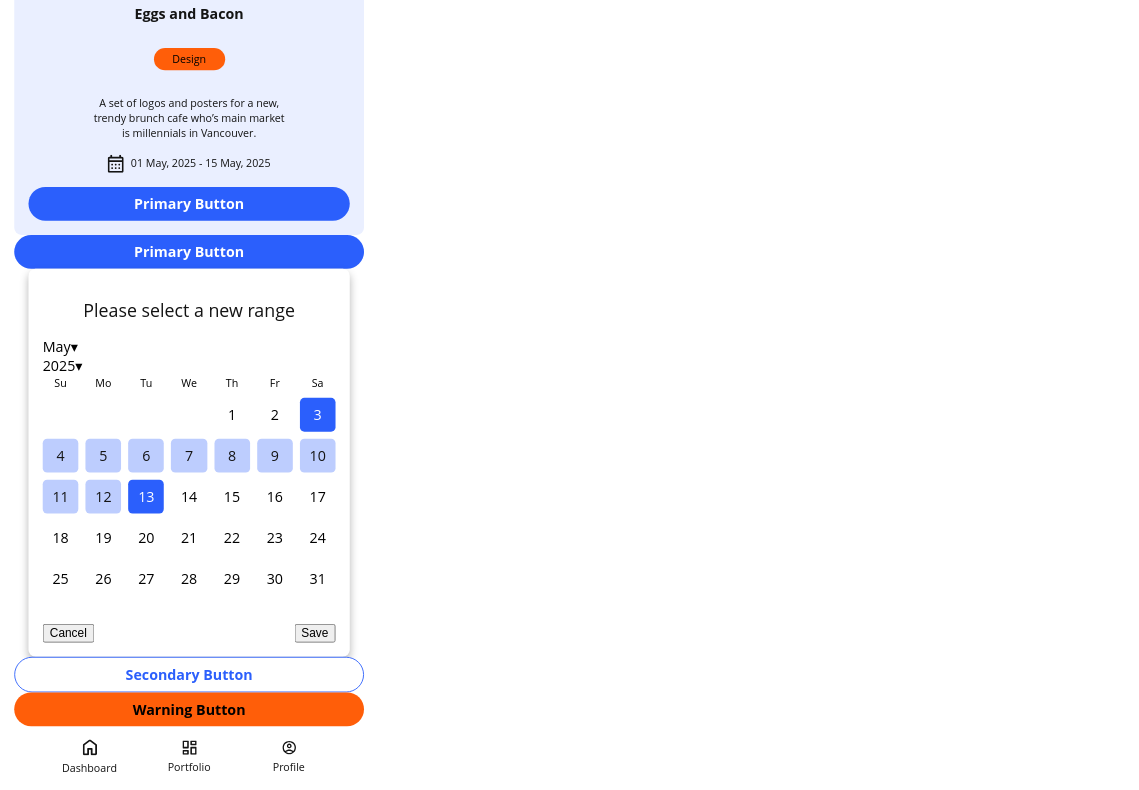
Repository: brunaguarizo/mosaic_app
Page: /
An editor plug-in stored every save of this project. The page is shown before and after the next save, followed by the edit.
The browser window is 1280 px wide. The pictures show the whole page, at 89% of full size.
The project was rebuilt for these pictures with package versions that can differ from the ones it lists, and the page was loaded fresh each time. The framework's server and built-in components were replaced by stand-ins that run in the browser. Also part of the build but not shown: next.config.mjs.

Above is the page before, as saved 2025-04-18 11:04:22.

After the next save:
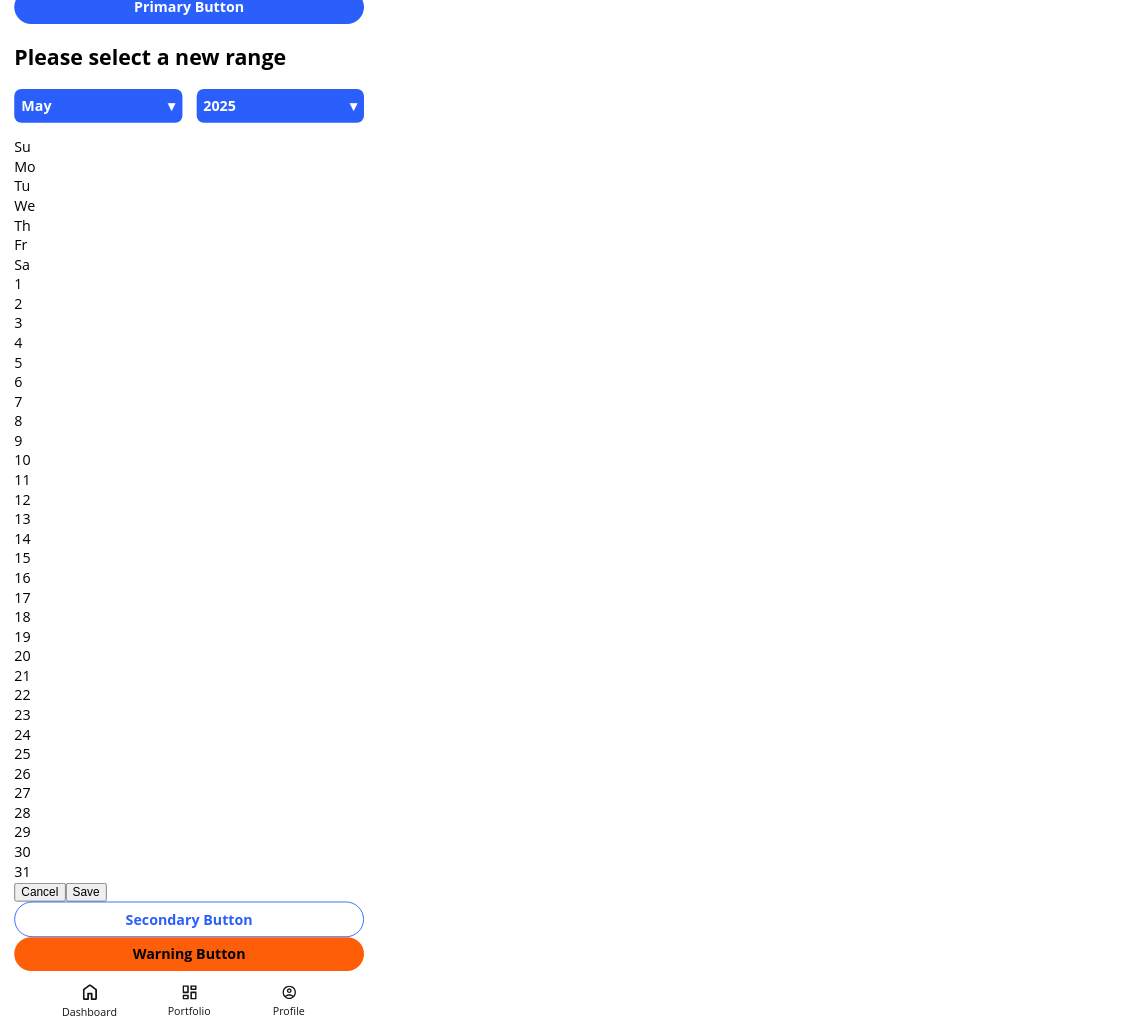
Saved 7 s later.
--- a/app/_ui/Date_PopUp/Date_PopUp.module.css
+++ b/app/_ui/Date_PopUp/Date_PopUp.module.css
@@ -1,86 +1,51 @@
-.popupContainer {
-    display: flex;
-    justify-content: center;
-    align-items: center;
-}
-
-.popup {
-    background-color: var(--white);
-    padding: var(--space-regular);
-    border-radius: var(--space-small);
-    box-shadow: 0 5px 10px rgba(0, 0, 0, 0.3);
-    font-family: var(--font-family);
-    width: 361px;
-    gap: var(--space-regular);
-}
-
-.title {
-    font-size: var(--font-size-medium);
-    font-weight: var(--font-weight-regular);
-    color: var(--black);
-    text-align: center;
-}
-
-.selects {
+.dropdownWrapper {
     display: flex;
     gap: var(--space-regular);
     margin-bottom: var(--space-regular);
 }
 
-.select {
+.dropdown {
     flex: 1;
-    padding: var(--space-small);
+    position: relative;
     background-color: var(--blue-primary);
     color: var(--white);
     font-weight: var(--font-weight-bold);
-    border: none;
-    border-radius: 5px;
+    border-radius: 8px;
+    padding: var(--space-small);
+    display: flex;
+    justify-content: space-between;
+    align-items: center;
     cursor: pointer;
+    font-size: var(--font-size-regular);
 }
 
-.calendar {
-    display: grid;
-    grid-template-columns: repeat(7, 1fr);
-    gap: var(--space-small);
-    text-align: center;
-    margin-bottom: var(--space-medium);
-}
-
-.dayLabel {
-    font-weight: var(--font-weight-regular);
-    font-size: var(--font-size-small);
-    color: black;
-}
-
-.dayCell {
-    padding: var(--space-small);
-    border-radius: 5px;
+.arrow {
+    margin-left: var(--space-small);
     font-size: var(--font-size-regular);
-    background-color: var(--grey-50);
-    cursor: pointer;
-    user-select: none;
-}
-
-.dayCell:hover {
-    background-color: var(--blue-100);
-}
-
-.selected {
-    background-color: var(--blue-primary);
     color: var(--white);
 }
 
-.inRange {
+.dropdownList {
+    position: absolute;
+    top: 100%;
+    left: 0;
+    width: 100%;
+    background-color: var(--blue-primary);
+    border-radius: 8px;
+    margin-top: 4px;
+    z-index: 10;
+    max-height: 200px;
+    overflow-y: auto;
+}
+
+.dropdownList li {
+    padding: var(--space-small);
+    cursor: pointer;
+    font-weight: var(--font-weight-regular);
+    color: var(--white);
+}
+
+.dropdownList li:hover {
     background-color: var(--blue-100);
     color: var(--black);
 }
-
-.empty {
-    background: none;
-    pointer-events: none;
-}
-
-.actions {
-    display: flex;
-    justify-content: space-between;
-}
